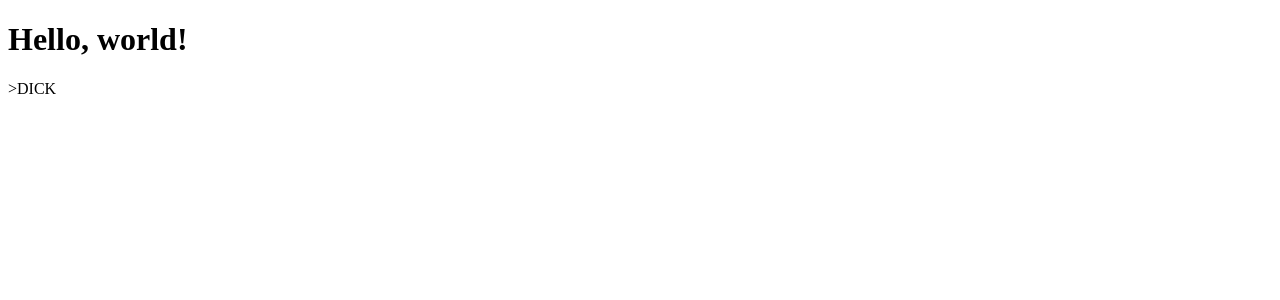
Repository: zSakare/AuctionApplication
Page: http://localhost/Amazezon/
An editor plug-in stored every save of this project. The page is shown before and after the next save, followed by the edit.
The browser window is 1280 px wide. The pictures show the whole page.
The page is served by Tomcat 9.

Above is the page before, as saved 2013-09-17 09:11:56.

After the next save:
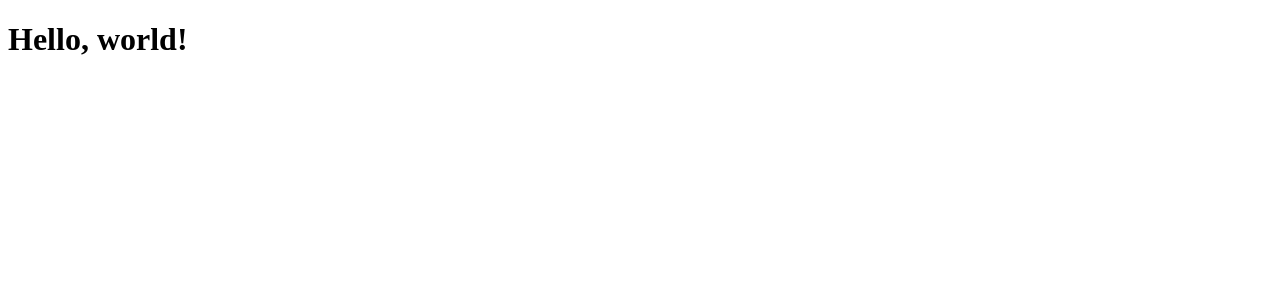
Saved 14 s later.
--- a/Amazezon/WebContent/index.jsp
+++ b/Amazezon/WebContent/index.jsp
@@ -9,13 +9,12 @@
     <link href="css/bootstrap.min.css" rel="stylesheet" media="screen">
 
 </head>
-  <body>
+<body>
     <h1>Hello, world!</h1>
 
     <!-- jQuery (necessary for Bootstrap's JavaScript plugins) -->
     <script src="//code.jquery.com/jquery.js"></script>
     <!-- Include all compiled plugins (below), or include individual files as needed -->
     <script src="js/bootstrap.min.js"></script>
-  </body>>DICK</h1>
 </body>
 </html>
